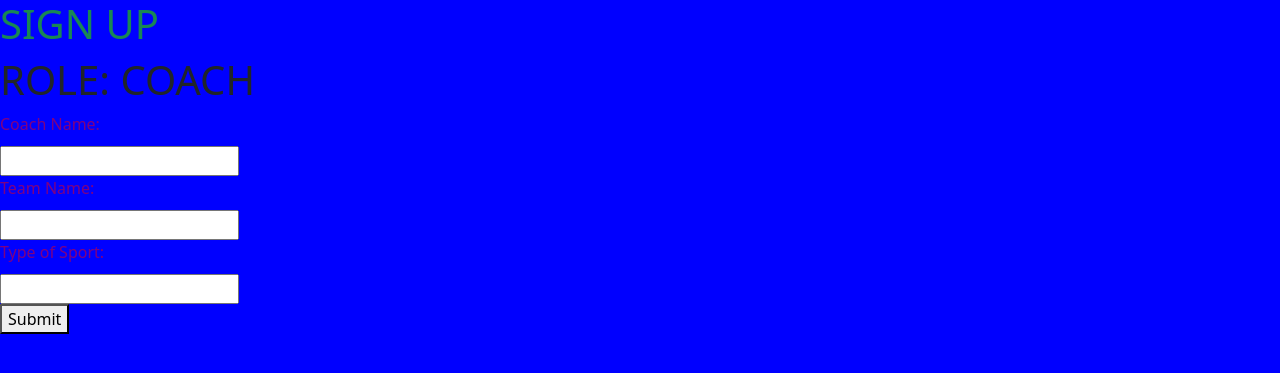
Repository: Aryaholmukhe/treasureHacks
Page: http://localhost/coach
An editor plug-in stored every save of this project. The page is shown before and after the next save, followed by the edit.
The browser window is 1280 px wide. The pictures show the whole page.
The page is served by the project's Node server (server.js).

Above is the page before, as saved 2022-03-26 19:29:21.
Console error: SyntaxError: Unexpected token '<'

### views/signup/coach.ejs
<html lang="en">

<head>
    <meta charset="UTF-8">
    <meta http-equiv="X-UA-Compatible" content="IE=edge">
    <meta name="viewport" content="width=device-width, initial-scale=1.0">

    <link href="https://cdn.jsdelivr.net/npm/bootstrap@5.1.3/dist/css/bootstrap.min.css" rel="stylesheet">
    <script src="https://cdn.jsdelivr.net/npm/bootstrap@5.1.3/dist/js/bootstrap.bundle.min.js"></script>
    <link rel="stylesheet" href="../views/public/main.css">

    <title>COACH SIGN UP</title>
</head>

<body>
    <div class="header">
        <h1 class="text-success">SIGN UP</h1>
    </div>

    <h1 class="role">ROLE: COACH</h1>

    <form action="/coach" method="post">

        <label class="label" for="coachName">Coach Name: </label>
        <input class="input" type="text" name="coachName">
<br>
        <label class="label" for="teamName">Team Name: </label>
        <input class="input" type="text" name="teamName">
<br>
        <label class="label" for="sportType">Type of Sport: </label>
        <input class="input" type="text" name="sportType">
<br>


            <button type="submit" class="add">Submit</button>
        </div>
    </form>
    </div>


    <script src="./coach.js"></script>

</html>

### server.js
//jshint esversion:6

const express = require("express");
const bodyParser = require("body-parser");
const mongoose = require("mongoose");
const _ = require("lodash");
const { join } = require("path");
require("dotenv").config();
const app = express();

// TWILIO STUFF

const accountSID = process.env.ACCOUNT_SID;
const authToken = process.env.AUTH_TOKEN;

const client = require('twilio')(accountSID, authToken);


app.set('view engine', 'ejs');

app.use(bodyParser.urlencoded({ extended: true }));
app.use(express.static("public"));

app.get("/auth_config.json", (req, res) => {
    res.sendFile(join(__dirname, "/auth_config.json"));
})

// for each team member
mongoose.connect("mongodb://localhost:27017/teamMembersDB", { useNewUrlParser: true });

const membersSchema = new mongoose.Schema({
    name: String,
    role: String,
    age: Number,
    email: String,
    phone: String,
    progress: []
});

let members = [];

const Member = mongoose.model("Member", membersSchema);

// to identify teams
const teamSchema = new mongoose.Schema({
    coachName: String,
    team: [{name: String}, {sport: String}]
})

const Team = mongoose.model("Team", teamSchema);

// When no members are present
const noMember = new Member({
    name: "No members yet"
})


// get requests

app.get("/signup", (req, res)=>{
    res.render("signup/signup")
})
let person = "";
app.get("/coach", (req, res)=>{
    person = "Coach"
    res.render("signup/coach");
})

app.get("/player", (req, res)=> {
    person = "Team Member"
  res.render("signup/player")
})

app.get("/", (req, res) => {
    Member.find({}, function (err, foundMembers) {

        if (foundMembers.length === 0) {
            members.push(noMember)
            Member.insertMany(members, function (err) {
                if (err) {
                    console.log(err);
                } else {
                    console.log("Successfully saved members to DB.");
                }
            });
            // res.redirect("/");
        } else {
            Member.deleteOne({"name": "No members yet"},  (err, person)=>{
                if(err) return handleError(err);
            })
            res.render('index', { allMembers: foundMembers, person: person })
        }
    });
})

app.get("/:personName", function(req, res){
    const personName = _.capitalize(req.params.personName);
    Member.find({})
    res.render("account", {personName: personName} );
    });


// post requests

app.post("/", (req, res) => {

    const playerName = req.body.newPlayer;
    const role = req.body.newRole;
    const listName = req.body.list;
    const player = new Member({
        name: playerName,
        role: role
    })
    player.save();
    res.redirect("/")
})

app.post("/delete", function (req, res){
    const removedPlayer = req.body.checkbox;

        Member.findByIdAndRemove(removedPlayer, function(err){
            if (!err) {
              console.log("Successfully deleted player.");
              res.redirect("/");
            }else{console.log(err)}
          });

})

app.post("/coach", (req, res)=>{
    const coachName = req.body.coachName;
    const teamName = req.body.teamName;
    const sportType = req.body.sportType;
    teams = new Team({
        coachName: coachName,
        team: [{name: teamName, sport: sportType}]
    })
    res.redirect("/")
})

app.post("/announcements", (req, res)=>{
    const message = req.body.message;
    members.forEach(member => {
     client.messages.create({
        to: member.phone,
        from: process.env.TWILIO_PHONE_NUMBER, //is this going to be dynamic?
        body: message
    })
    .then((message) =>
    {console.log(message.sid)
        res.redirect("/")});
    })
})

app.listen(3000, function () {
    console.log("Server started on port 3000");
});

### views/account.ejs
<!DOCTYPE html>
<html lang="en">
<head>
    <meta charset="UTF-8">
    <meta http-equiv="X-UA-Compatible" content="IE=edge">
    <meta name="viewport" content="width=device-width, initial-scale=1.0">
    <title><%=personName%></title>
</head>
<body>

</body>
</html>

### views/public/main.css
.hidden {
    display: none;
  }

  label {
    margin-bottom: 10px;
    display: block;
    color: purple;
  }
  body{
    background-color:blue;
  }

After the next save:
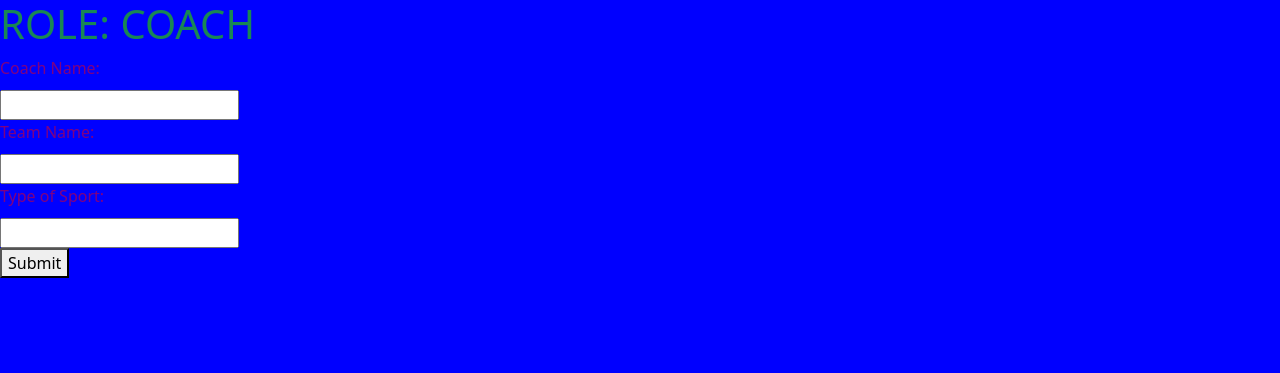
Saved 60 s later.
--- a/views/signup/coach.ejs
+++ b/views/signup/coach.ejs
@@ -14,7 +14,7 @@
 
 <body>
     <div class="header">
-        <h1 class="text-success">SIGN UP</h1>
+        <h1 class="text-success" style=">SIGN UP</h1>
     </div>
 
     <h1 class="role">ROLE: COACH</h1>

After the save that followed:
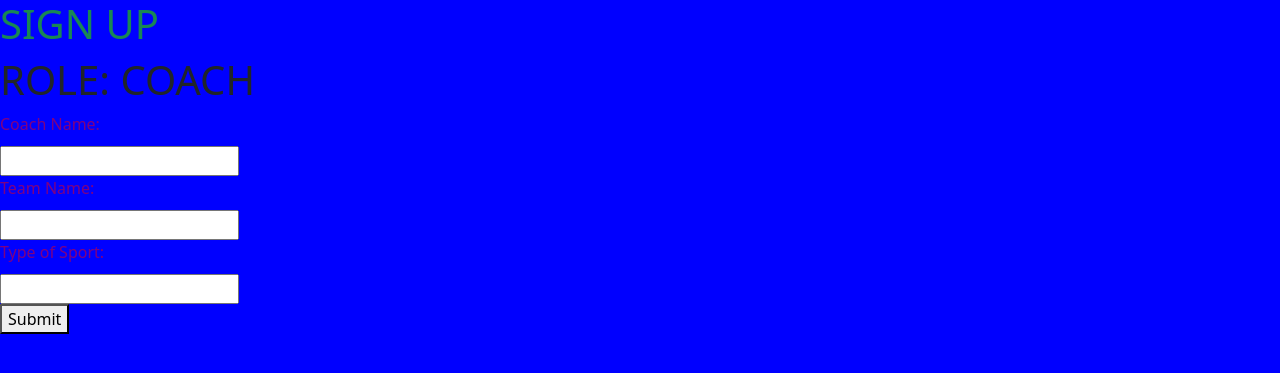
Saved 6 s later.
--- a/views/signup/coach.ejs
+++ b/views/signup/coach.ejs
@@ -14,7 +14,7 @@
 
 <body>
     <div class="header">
-        <h1 class="text-success" style=">SIGN UP</h1>
+        <h1 class="text-success" style=""">SIGN UP</h1>
     </div>
 
     <h1 class="role">ROLE: COACH</h1>
